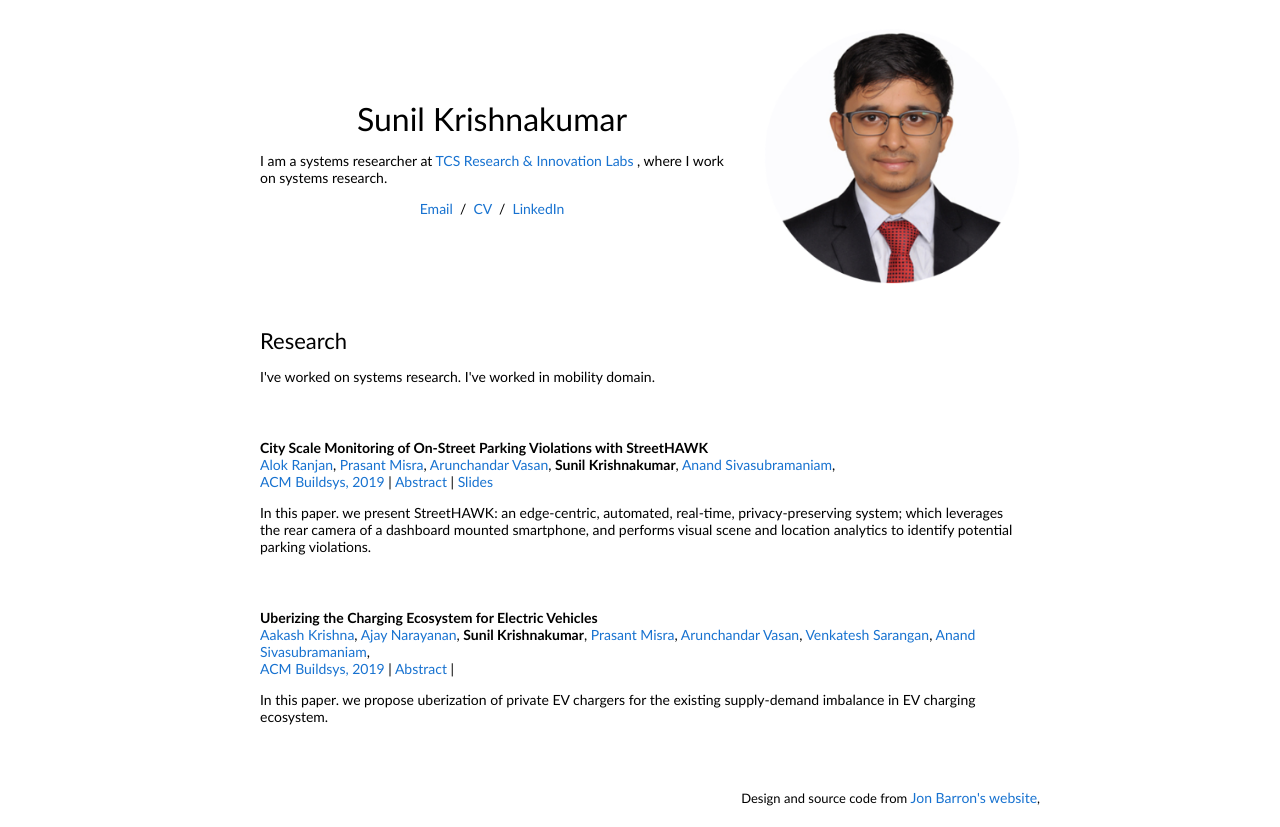
Repository: Sunil-KK/-
Page: index.html
The author's editor kept a copy of each file at every save. The page is drawn from the files as they stood at one save, then again after the next save.
The browser window is 1280 px wide. The pictures show the whole page.

Above is the page before, as saved 2020-09-02 01:59:34.

### index.html
<!DOCTYPE HTML>
<html lang="en"><head><meta http-equiv="Content-Type" content="text/html; charset=UTF-8">
  <!-- Hi, Jon Here. Please DELETE the two <script> tags below if you use this HTML, otherwise my analytics will track your page -->
  <!-- Global site tag (gtag.js) - Google Analytics -->
  <script async src="https://www.googletagmanager.com/gtag/js?id=UA-7580334-2"></script>
  <script>
    window.dataLayer = window.dataLayer || [];
    function gtag(){dataLayer.push(arguments);}
    gtag('js', new Date());

    gtag('config', 'UA-7580334-2');
  </script>

  <title>Sunil Krishnakumar</title>

  <meta name="author" content="Sunil Krishnakumar">
  <meta name="viewport" content="width=device-width, initial-scale=1">

  <link rel="stylesheet" type="text/css" href="stylesheet.css">
  <link rel="icon" type="image/png" href="images/seal_icon.png">
</head>

<body>
  <table style="width:100%;max-width:800px;border:0px;border-spacing:0px;border-collapse:separate;margin-right:auto;margin-left:auto;"><tbody>
    <tr style="padding:0px">
      <td style="padding:0px">
        <table style="width:100%;border:0px;border-spacing:0px;border-collapse:separate;margin-right:auto;margin-left:auto;"><tbody>
          <tr style="padding:0px">
            <td style="padding:2.5%;width:63%;vertical-align:middle">
              <p style="text-align:center">
                <name>Sunil Krishnakumar</name>
              </p>
              <p>I am a systems researcher at <a href="https://www.tcs.com/research-and-innovation">TCS Research & Innovation Labs </a>, where I work on systems research.
              </p>
              <p>
                <!-- At Google I've worked on <a href="https://ai.googleblog.com/2014/04/lens-blur-in-new-google-camera-app.html">Lens Blur</a>, <a href="https://ai.googleblog.com/2014/10/hdr-low-light-and-high-dynamic-range.html">HDR+</a>, <a href="https://www.google.com/get/cardboard/jump/">Jump</a>, <a href="https://ai.googleblog.com/2017/10/portrait-mode-on-pixel-2-and-pixel-2-xl.html">Portrait Mode</a>, and <a href="https://www.youtube.com/watch?v=JSnB06um5r4">Glass</a>. I did my PhD at <a href="http://www.eecs.berkeley.edu/">UC Berkeley</a>, where I was advised by <a href="http://www.cs.berkeley.edu/~malik/">Jitendra Malik</a> and funded by the <a href="http://www.nsfgrfp.org/">NSF GRFP</a>. I did my bachelors at the <a href="http://cs.toronto.edu">University of Toronto</a>. -->
                <!-- I've recieved the <a href="https://www2.eecs.berkeley.edu/Students/Awards/15/">C.V. Ramamoorthy Distinguished Research Award</a> and the <a href="https://www.thecvf.com/?page_id=413#YRA">PAMI Young Researcher Award</a>. -->
              </p>
              <p style="text-align:center">
                <a href="mailto:komadamsunil96@gmail.com">Email</a> &nbsp/&nbsp
                <a href="data/Sunil_CV.pdf.pdf">CV</a> &nbsp/&nbsp
                <!-- <a href="data/JonBarron-bio.txt">LinkedI</a> &nbsp/&nbsp -->
                <!-- <a href="https://scholar.google.com/citations?hl=en&user=jktWnL8AAAAJ">Google Scholar</a> &nbsp/&nbsp -->
                <a href="https://www.linkedin.com/in/sunilkrishnakumar/">LinkedIn</a>
                <!-- <a href="https://twitter.com/jon_barron">Twitter</a> -->
              </p>
            </td>
            <td style="padding:2.5%;width:40%;max-width:40%">
              <a href="images/ID.jpg"><img style="width:100%;max-width:100%" alt="profile photo" src="images/Sunil_circle.png" class="hoverZoomLink"></a>
            </td>
          </tr>
        </tbody></table>
        <table style="width:100%;border:0px;border-spacing:0px;border-collapse:separate;margin-right:auto;margin-left:auto;"><tbody>
            <tr>
            <td style="padding:20px;width:100%;vertical-align:middle">
              <heading>Research</heading>
              <p>
                I've worked on systems research. I've worked in mobility domain.
                <!-- Representative papers are <span class="highlight">highlighted</span>. -->
              </p>
            </td>
          </tr>
        </tbody></table>
        <table style="width:100%;border:0px;border-spacing:0px;border-collapse:separate;margin-right:auto;margin-left:auto;"><tbody>


            </td>
            <td style="padding:20px;width:75%;vertical-align:middle">
              <strong>City Scale Monitoring of On-Street Parking Violations with StreetHAWK</strong>
              <br>
              <a href="https://sites.google.com/view/alok-ranjan/home">Alok Ranjan</a>,
              <a href="https://sites.google.com/site/prasantmisra">Prasant Misra</a>,
              <a href="https://www.linkedin.com/in/arun-vasan/">Arunchandar Vasan</a>,
              <strong>Sunil Krishnakumar</strong>,
              <a href="http://www.cse.psu.edu/~axs53/">Anand Sivasubramaniam</a>,
              <br>
              <!-- <em>ACM Buildsys</em>, 2019   -->
              <!-- <br> -->
              <a href="https://dl.acm.org/doi/proceedings/10.1145/3360322">ACM Buildsys, 2019</a> |
              <a href="https://dl.acm.org/doi/10.1145/3360322.3360841"">Abstract</a> |
              <a href="data/2019-buildsys-streethawk-abridged.pdf">Slides</a>
              <p></p>
              <p>In this paper. we present StreetHAWK: an edge-centric, automated, real-time, privacy-preserving system;
                 which leverages the rear camera of a dashboard mounted smartphone, and performs visual scene and location
                 analytics to identify potential parking violations. </p>
            </td>
          </tr>


        </td>
        <td style="padding:20px;width:75%;vertical-align:middle">
          <strong>Uberizing the Charging Ecosystem for Electric Vehicles</strong>
          <br>
          <a href="https://www.researchgate.net/profile/Aakash_Krishna_Gs">Aakash Krishna</a>,
          <a href="https://www.researchgate.net/profile/Ajay_Narayanan4">Ajay Narayanan</a>,
          <strong>Sunil Krishnakumar</strong>,
          <a href="https://sites.google.com/site/prasantmisra">Prasant Misra</a>,
          <a href="https://www.linkedin.com/in/arun-vasan/">Arunchandar Vasan</a>,
          <a href="https://www.linkedin.com/in/venkatesh-sarangan-429a4168/">Venkatesh Sarangan</a>,
          <a href="http://www.cse.psu.edu/~axs53/">Anand Sivasubramaniam</a>,
          <br>
          <!-- <em>ACM Buildsys</em>, 2019   -->
          <!-- <br> -->
          <a href="https://dl.acm.org/doi/proceedings/10.1145/3396851">ACM Buildsys, 2019</a> |
          <a href="https://doi.org/10.1145/3396851.3397758">Abstract</a> |
          <!-- <a href="data/2019-buildsys-streethawk-abridged.pdf">Slides</a> -->
          <p></p>
          <p>In this paper. we propose uberization of private EV chargers for the existing supply-demand imbalance
             in EV charging ecosystem. </p>
        </td>
      </tr>

        <table style="width:100%;border:0px;border-spacing:0px;border-collapse:separate;margin-right:auto;margin-left:auto;"><tbody>
          <tr>
            <td style="padding:0px">
              <br>
              <p style="text-align:right;font-size:small;">
                Design and source code from <a href="https://github.com/jonbarron/jonbarron_website">Jon Barron's website</a>,
                <br>
              </p>
            </td>
          </tr>
        </tbody></table>
      </td>
    </tr>
  </table>
</body>

</html>

### stylesheet.css
/* latin-ext */
@font-face {
  font-family: 'Lato';
  font-style: italic;
  font-weight: 400;
  src: local('Lato Italic'), local('Lato-Italic'), url(https://fonts.gstatic.com/s/lato/v15/S6u8w4BMUTPHjxsAUi-qNiXg7eU0.woff2) format('woff2');
  unicode-range: U+0100-024F, U+0259, U+1E00-1EFF, U+2020, U+20A0-20AB, U+20AD-20CF, U+2113, U+2C60-2C7F, U+A720-A7FF;
}
/* latin */
@font-face {
  font-family: 'Lato';
  font-style: italic;
  font-weight: 400;
  src: local('Lato Italic'), local('Lato-Italic'), url(https://fonts.gstatic.com/s/lato/v15/S6u8w4BMUTPHjxsAXC-qNiXg7Q.woff2) format('woff2');
  unicode-range: U+0000-00FF, U+0131, U+0152-0153, U+02BB-02BC, U+02C6, U+02DA, U+02DC, U+2000-206F, U+2074, U+20AC, U+2122, U+2191, U+2193, U+2212, U+2215, U+FEFF, U+FFFD;
}
/* latin-ext */
@font-face {
  font-family: 'Lato';
  font-style: italic;
  font-weight: 700;
  src: local('Lato Bold Italic'), local('Lato-BoldItalic'), url(https://fonts.gstatic.com/s/lato/v15/S6u_w4BMUTPHjxsI5wq_FQftx9897sxZ.woff2) format('woff2');
  unicode-range: U+0100-024F, U+0259, U+1E00-1EFF, U+2020, U+20A0-20AB, U+20AD-20CF, U+2113, U+2C60-2C7F, U+A720-A7FF;
}
/* latin */
@font-face {
  font-family: 'Lato';
  font-style: italic;
  font-weight: 700;
  src: local('Lato Bold Italic'), local('Lato-BoldItalic'), url(https://fonts.gstatic.com/s/lato/v15/S6u_w4BMUTPHjxsI5wq_Gwftx9897g.woff2) format('woff2');
  unicode-range: U+0000-00FF, U+0131, U+0152-0153, U+02BB-02BC, U+02C6, U+02DA, U+02DC, U+2000-206F, U+2074, U+20AC, U+2122, U+2191, U+2193, U+2212, U+2215, U+FEFF, U+FFFD;
}
/* latin-ext */
@font-face {
  font-family: 'Lato';
  font-style: normal;
  font-weight: 400;
  src: local('Lato Regular'), local('Lato-Regular'), url(https://fonts.gstatic.com/s/lato/v15/S6uyw4BMUTPHjxAwXiWtFCfQ7A.woff2) format('woff2');
  unicode-range: U+0100-024F, U+0259, U+1E00-1EFF, U+2020, U+20A0-20AB, U+20AD-20CF, U+2113, U+2C60-2C7F, U+A720-A7FF;
}
/* latin */
@font-face {
  font-family: 'Lato';
  font-style: normal;
  font-weight: 400;
  src: local('Lato Regular'), local('Lato-Regular'), url(https://fonts.gstatic.com/s/lato/v15/S6uyw4BMUTPHjx4wXiWtFCc.woff2) format('woff2');
  unicode-range: U+0000-00FF, U+0131, U+0152-0153, U+02BB-02BC, U+02C6, U+02DA, U+02DC, U+2000-206F, U+2074, U+20AC, U+2122, U+2191, U+2193, U+2212, U+2215, U+FEFF, U+FFFD;
}
/* latin-ext */
@font-face {
  font-family: 'Lato';
  font-style: normal;
  font-weight: 700;
  src: local('Lato Bold'), local('Lato-Bold'), url(https://fonts.gstatic.com/s/lato/v15/S6u9w4BMUTPHh6UVSwaPGQ3q5d0N7w.woff2) format('woff2');
  unicode-range: U+0100-024F, U+0259, U+1E00-1EFF, U+2020, U+20A0-20AB, U+20AD-20CF, U+2113, U+2C60-2C7F, U+A720-A7FF;
}
/* latin */
@font-face {
  font-family: 'Lato';
  font-style: normal;
  font-weight: 700;
  src: local('Lato Bold'), local('Lato-Bold'), url(https://fonts.gstatic.com/s/lato/v15/S6u9w4BMUTPHh6UVSwiPGQ3q5d0.woff2) format('woff2');
  unicode-range: U+0000-00FF, U+0131, U+0152-0153, U+02BB-02BC, U+02C6, U+02DA, U+02DC, U+2000-206F, U+2074, U+20AC, U+2122, U+2191, U+2193, U+2212, U+2215, U+FEFF, U+FFFD;
}

a {
  color: #1772d0;
  text-decoration: none;
}

a:focus,
a:hover {
  color: #f09228;
  text-decoration: none;
}

body,
td,
th,
tr,
p,
a {
  font-family: 'Lato', Verdana, Helvetica, sans-serif;
  font-size: 14px
}

strong {
  font-family: 'Lato', Verdana, Helvetica, sans-serif;
  font-size: 14px;
}

heading {
  font-family: 'Lato', Verdana, Helvetica, sans-serif;
  font-size: 22px;
}

papertitle {
  font-family: 'Lato', Verdana, Helvetica, sans-serif;
  font-size: 14px;
  font-weight: 700
}

name {
  font-family: 'Lato', Verdana, Helvetica, sans-serif;
  font-size: 32px;
}

.one {
  width: 160px;
  height: 160px;
  position: relative;
}

.two {
  width: 160px;
  height: 160px;
  position: absolute;
  transition: opacity .2s ease-in-out;
  -moz-transition: opacity .2s ease-in-out;
  -webkit-transition: opacity .2s ease-in-out;
}

.fade {
  transition: opacity .2s ease-in-out;
  -moz-transition: opacity .2s ease-in-out;
  -webkit-transition: opacity .2s ease-in-out;
}

span.highlight {
  background-color: #ffffd0;
}

After the next save:
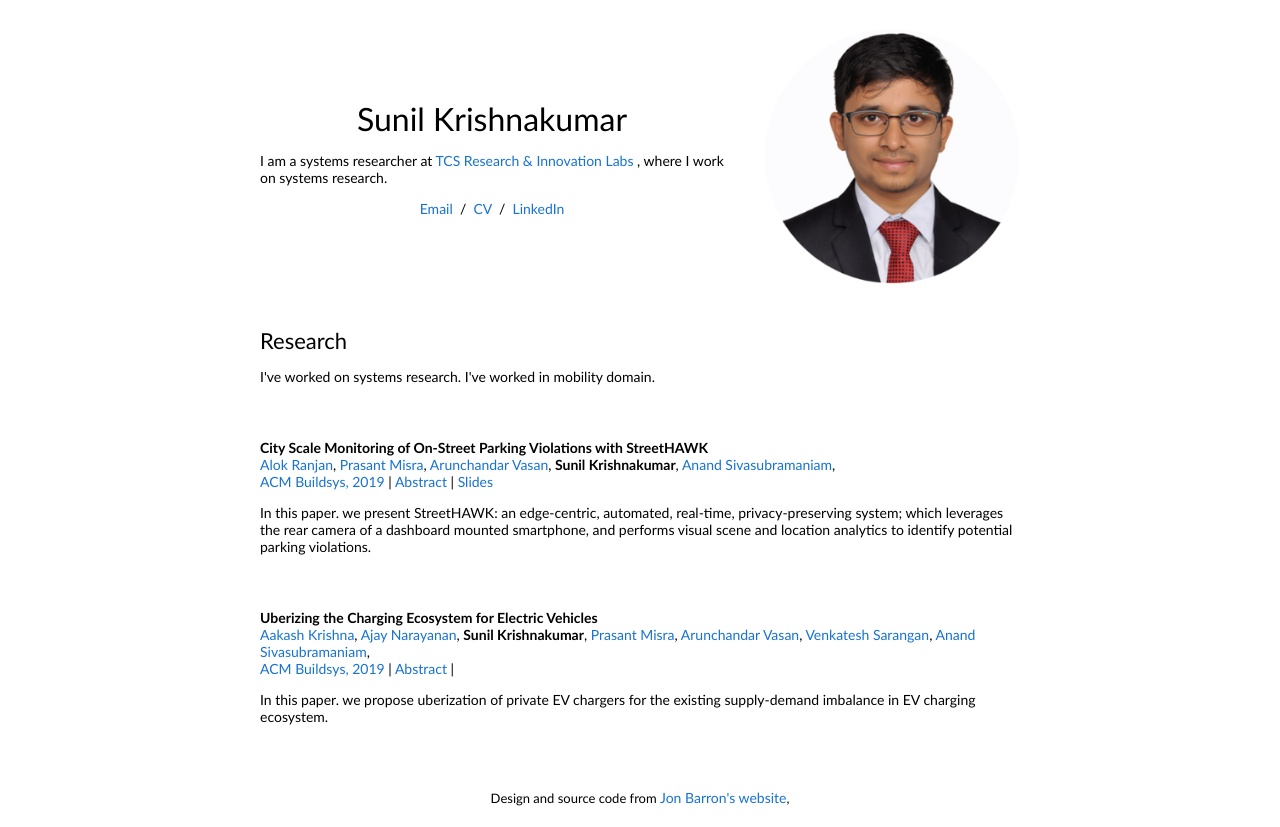
Saved 73 s later.
--- a/index.html
+++ b/index.html
@@ -114,7 +114,7 @@
           <tr>
             <td style="padding:0px">
               <br>
-              <p style="text-align:right;font-size:small;">
+              <p style="text-align:center;font-size:small;">
                 Design and source code from <a href="https://github.com/jonbarron/jonbarron_website">Jon Barron's website</a>,
                 <br>
               </p>
